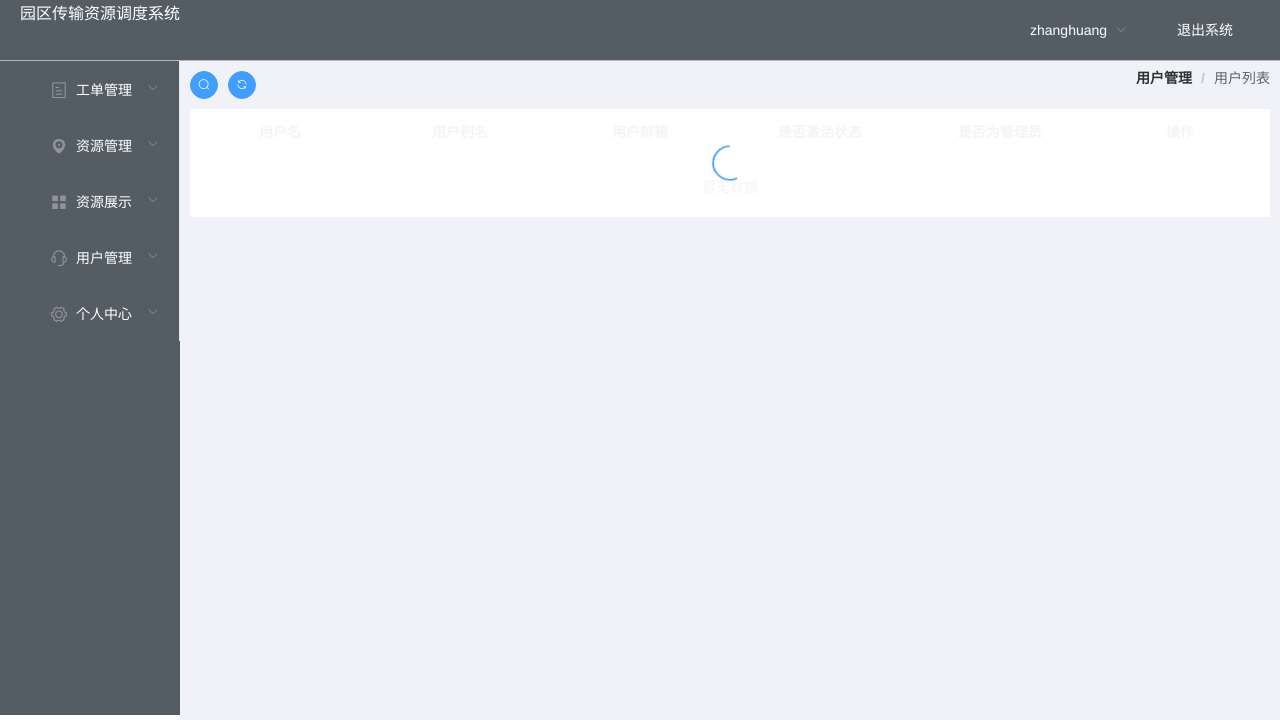
Repository: LezBaishi/yqpass
Page: /#/3 (app in yqpass-v1.5/frontend/)
The author's editor kept a copy of each file at every save. The page is drawn from the files as they stood at one save, then again after the next save.
The browser window is 1280 px wide. The pictures show the whole page.
The page's requests for data from a server got no answer. The project was rebuilt for these pictures with package versions that can differ from the ones it lists, and the page was loaded fresh each time. No one was signed in, and anything a server would have sent is missing. Also part of the build but not shown: yqpass-v1.5/frontend/src/components/OrderlistNew.vue, yqpass-v1.5/frontend/src/components/OrderDetailUnfinished.vue, yqpass-v1.5/frontend/src/components/OrderlistUnfinished.vue, yqpass-v1.5/frontend/src/components/OrderDetailCompleted.vue, yqpass-v1.5/frontend/src/components/OrderlistCompleted.vue, yqpass-v1.5/frontend/src/components/Orderlist.vue, yqpass-v1.5/frontend/src/components/ResCableDetail.vue, yqpass-v1.5/frontend/src/components/ResCable.vue and 13 more.

Above is the page before, as saved 2018-10-21 17:24:18.

### yqpass-v1.5/frontend/index.html
<!DOCTYPE html>
<html>
  <head>
    <meta charset="utf-8">
    <meta name="viewport" content="width=device-width,initial-scale=1.0">
    <title>zhang</title>
  </head>
  <body>
    <div id="app"></div>
    <!-- built files will be auto injected -->
  </body>
</html>

### yqpass-v1.5/frontend/src/main.js
// The Vue build version to load with the `import` command
// (runtime-only or standalone) has been set in webpack.base.conf with an alias.
import Vue from 'vue'
import App from './App'
import router from './router'
import ElementUI from 'element-ui'
import 'element-ui/lib/theme-chalk/index.css'
import $ from 'jquery'
import store from './store/store'

import './axios/'
import Axios from 'axios'
Axios.defaults.withCredentials = true
Vue.prototype.$http = Axios


Vue.use(ElementUI)
Vue.config.productionTip = false

/* eslint-disable no-new */
new Vue({
  el: '#app',
  store,
  router,
  components: { App },
  template: '<App/>'
})

### yqpass-v1.5/frontend/src/store/store.js
// The Vue build version to load with the `import` command
// (runtime-only or standalone) has been set in webpack.base.conf with an alias.
import Vue from 'vue'
import Vuex from 'vuex'

import mutations from './mutations';
import * as actions from './actions';
import * as getters from './getters';

Vue.use(Vuex);

import cookie from '../static/js/cookie'

const userInfo = {
	name:cookie.getCookie('name')||'',
	token:cookie.getCookie('token')||''
}

const state = {
	userInfo
}

export default new Vuex.Store({
	state,
	mutations,
	actions,
	getters
});

### yqpass-v1.5/frontend/src/axios/index.js
// The Vue build version to load with the `import` command
// (runtime-only or standalone) has been set in webpack.base.conf with an alias.
import Vue from 'vue'
import axios from 'axios'

import store from '../store/store'

import * as types from '../store/mutation-types';
import router from '../router'

axios.defaults.withCredentials = true

// 创建axios实例
const service = axios.create({
	 timeout: 5000, // 请求的超时时间
	 withCredentials: true // 允许携带cookie
})

// request拦截器
service.interceptors.request.use(
 config => {
 // 发送请求之前，要做的业务
 	if (config.method=='post') {
 		config.headers['Content-Type'] = application/json
 	}
 	return config
 },
 error => {
 // 错误处理代码

 return Promise.reject(error)
 }
)

// response拦截器
service.interceptors.response.use(
 response => {
 // 数据响应之后，要做的业务
 return response
 },
 error => {
 return Promise.reject(error)
 }
)
export default service

### yqpass-v1.5/frontend/src/components/Layout.vue
<template lang="html">
  <el-row class="panel">
    <el-row class="top">
      <el-col :span='24' class="panel-top">
        <el-col style="width:180px; padding-left:20px; height: 100%;align-items: flex-end;">
          <!-- <img src="../assets/logo1.png"  alt="log" class="img" /> -->
          <!-- <a style="font-size: 28px;color: #ffffff;">ChinaMobile</a> -->
          <a style="color:#ffffff;">{{ msg }}</a>
        </el-col>
        <el-col class='rightbar'>
          <el-menu router mode="horizontal" @select="handleSelect" background-color="#545c64" text-color="#fff" active-text-color="#ffd04b">
            <el-submenu index="1">
              <template slot="title">zhanghuang</template>
              <el-menu-item index="/personcenter">个人中心</el-menu-item>
            </el-submenu>
            <el-menu-item index="2">退出系统</el-menu-item>
          </el-menu>
            <!-- <el-dropdown trigger="click"  placement="bottom-end" v-if="userInfo.name">
            <span class="el-dropdown-link" v-model="name" style="cursor: pointer;font-weight:700l;font-size:15px;">
              欢迎您： {{userInfo.name}}<i class="el-icon-caret-bottom el-icon--right"></i>
            </span>
            <el-dropdown-menu slot="dropdown">
              <el-dropdown-item @click.native="toPersonCenter">个人中心</el-dropdown-item>
              <el-dropdown-item @click.native="toLogin">退出登录</el-dropdown-item>
            </el-dropdown-menu>
          </el-dropdown>
          <el-dropdown trigger="click" placement="top" v-else>
            <span class="el-dropdown-link" v-model="name" style="cursor: pointer;font-weight:700l;font-size:15px;">
              您好，请先登录<i class="el-icon-caret-bottom el-icon--right"></i>
            </span>
            <el-dropdown-menu slot="dropdown">
              <el-dropdown-item @click.native="firstLogin">前往登录</el-dropdown-item>
              <el-dropdown-item @click.native="firstRes">前往注册</el-dropdown-item>
            </el-dropdown-menu>
          </el-dropdown>             -->
        </el-col>
      </el-col>
    </el-row>
    <!-- <el-row class="top-nav">
      <el-col :span=10 :push="3">
          <el-tabs v-model="activeName" :stretch="true" @tab-click="handleClick" type="border-card">
          	<el-tab-pane v-for="(item, index) in label_list" :key="index" :label="item.title" :name="index">{{ item.title }}</el-tab-pane>
          </el-tabs>
      </el-col>
    </el-row> -->
    <el-row class="panel-center">
      <router-view></router-view>
    </el-row>
  </el-row>
</template>

<script>
import Orderlist from '../components/Orderlist'
import Resmanagement from '../components/Resmanagement'
import PersonCenter from '@/components/PersonCenter'
import { logout,getUserDetail } from '../api/api'
import { mapGetters } from 'vuex';
export default {
  components: {
  	Orderlist,
  	Resmanagement,
  	PersonCenter
  },
  data () {
    return {
      activeName: '0',
      msg: '园区传输资源调度系统',
      label_list: [
        {
          title: '工单管理',
        },
        {
          title: '资源管理',
        },
        {
          title: '资源展示',
        },
        {
          title: '用户管理',
        }
      ]
    }
  },
  computed: {
  	...mapGetters({
  		userInfo: 'userInfo'
  	})
  },
  methods: {
    handleClick (tab, event) {
      console.log(tab, event);
      let urlStr = '/' + this.activeName;
      this.$router.push(urlStr);
    },
    toPersonCenter () {
	  	  getUserDetail({}).then((response)=> {
	  		if (response.data.code == 1) {
	  			this.$router.push({path: '/personcenter'})
	  		}else{
	  			return response.data.msg
	  		}
	  	})

    },
    toLogin () {
    	this.$confirm('是否确定退出系统', '提示', {
    		confirmButtonText: '确定',
    		cancelButtonText: '取消',
    		type: 'warning'
    	}).then(() => {
		  	  logout({}).then((response)=> {
		  		console.log(response);
		  		if (response.data.code == 1) {
    				this.$router.push({path: '/login'})
		  		}else{
		  			return response.data.msg
		  		}
		  	})
    	}).catch(() => {

    	});
    },
    firstLogin () {
    	this.$router.push({path: '/login'})
    },
    firstRes () {
    	this.$router.push({path: '/reg'})
    }
  }
}
</script>

<!-- Add "scoped" attribute to limit CSS to this component only -->
<style lang="css" scoped>
h1, h2 {
  font-weight: normal;
}
ul {
  list-style-type: none;
  padding: 0;
}
li {
  display: inline-block;
  margin: 0 10px;
}
a {
  color: #42b983;
}
.panel {
  position:absolute;
  top:0;
  bottom: 5px;
  left: 0;
  right: 0;
  background:#ffffff;
}
.panel-top {
  display: flex;
  justify-content: space-between;
  height: 60px;
  background: #545c64;
  /* color: #c0ccda; */
  text-align: left;
  /* padding-left: 70px; */
}
.img{
  height:60px;
  left:0px;
  top:0px;
}
.rightbar {
  width: 280px;
  /* text-align: right; */
  /* padding-right: 20px; */
  /* line-height:50px; */
  /* align-items: center; */
  /* justify-content: flex-end; */
}
.top-nav {
	height: 40px;
}
.panel-center {
  background: #545c64;
  position: absolute;
  top: 60px;
  bottom: 0px;
  width: 100%;
  margin: auto 0;
    /*最外层要hidden*/
    /*这是行，绝对定位之后没有宽度因此必须设置width*/
}
.breadcrumb {
  margin-bottom: 10px;
}
.button_nav {
  margin-bottom: 10px;
}
.panel-c-c {
    /*这是列，因为已经有了列的宽度因此无需设置width*/
  background: #f1f2f7;
  position: absolute;
  right: 0px;
  top: 0px;
  bottom: 0px;
    /*内层设置滚动*/
  padding: 10px;
}
</style>

### yqpass-v1.5/frontend/src/components/Usermanagement.vue
<template lang="html">
  <div>
  	<el-row class="sidebar">
  	<el-col>
        <!-- <el-menu router :default-active="$route.path" theme="dark">
          <el-submenu>
            <template slot="title">用户管理</template>
            <el-menu-item index="/3/userList">用户列表</el-menu-item>
            <el-menu-item index="/3/roleList">角色列表</el-menu-item>
            <el-menu-item index="/3/deptList">部门列表</el-menu-item>
          </el-submenu>
        </el-menu> -->
        <el-menu router default-active="2" class="el-menu-vertical-demo" @open="handleOpen" @close="handleClose" background-color="#545c64" text-color="#fff" active-text-color="#ffd04b">
            <el-submenu index="1">
              <template slot="title">
                <i class="el-icon-tickets"></i>
                <span>工单管理</span>
              </template>
              <el-menu-item index="/0/orderNew">新建工单</el-menu-item>
              <el-menu-item index="/0/orderUnfinished">待办工单</el-menu-item>
              <el-menu-item index="/0/orderCompleted">已办工单</el-menu-item>
            </el-submenu>
            <el-submenu index="2">
              <template slot="title">
                <i class="el-icon-location"></i>
                <span>资源管理</span>
              </template>
              <el-menu-item index="/1/resCable">光缆总表</el-menu-item>
              <el-menu-item index="/1/resCircuit">已用电路</el-menu-item>
            </el-submenu>
            <el-submenu index="3">
              <template slot="title">
                <i class="el-icon-menu"></i>
                <span>资源展示</span>
              </template>
            </el-submenu>
            <el-submenu index="4">
              <template slot="title">
                <i class="el-icon-service"></i>
                <span>用户管理</span>
              </template>
              <el-menu-item index="/3/userList">用户列表</el-menu-item>
              <el-menu-item index="/3/roleList">角色列表</el-menu-item>
              <el-menu-item index="/3/deptList">部门列表</el-menu-item>
            </el-submenu>
            <el-submenu index="5">
              <template slot="title">
                <i class="el-icon-setting"></i>
                <span>个人中心</span>
              </template>
              <el-menu-item index="/personcenter/infor">个人信息</el-menu-item>
              <el-menu-item index="/personcenter/changepass">修改密码</el-menu-item>
            </el-submenu>
          </el-menu>
      </el-col>
    </el-row>
    <el-row class="panel-c-c">
      <el-col>
      	<router-view></router-view>
      </el-col>
    </el-row>
  </div>
</template>

<script>
import UserList from '../components/UserList'
import RoleList from '../components/RoleList'
import DeptList from '../components/DeptList'
export default {
  components: {
  	UserList,
  	RoleList,
  	DeptList
  },
  data () {
    return {

    }
  },
  methods: {

  }
}
</script>

<!-- Add "scoped" attribute to limit CSS to this component only -->
<style lang="css" scoped>
.container {
	position: absolute;
  	height: 100%;
  	width: 100%;
}
.sidebar {
	position: fixed;
  top: 60px;
  bottom: 0px;
  left: 0px;
  width: 180px;
  border-top: 1px solid RGBA(178,184,190,1);
  z-index: 2000;
  overflow-x: scroll;
  /* height: 100%;
  width: 100%; */
  /* display: flex; */
  /* flex: 1; */
}
.panel-c-c {
    /*这是列，因为已经有了列的宽度因此无需设置width*/
  background: #f1f2f7;
  position: fixed;
  top: 60px;
  bottom: 0px;
  left: 180px;
  right: 0px;
  /* width: 100%; */
  border-top: 1px solid RGBA(178,184,190,1);
  /* position: relative;
  margin-top: 80px;
  margin-left: 180px;
  margin: auto; */
  /* height: calc(100% - 60px);
  top: 0px;
  bottom: 0px; */
  /* height: 100%; */
  overflow-y: scroll;
    /*内层设置滚动*/
  padding: 10px;
}
</style>

### yqpass-v1.5/frontend/src/components/UserList.vue
<template lang="html">
  <div>
  	<el-row class="container">
      	<el-row v-if="seen" class="order_menu">
      		<el-form ref="search_form" :model="search_form" label-width="80px">
       		<el-row>
       			<h2 style="font-size:22px;">搜索用户</h2>
      			<el-col :offset="3" :span="8">
      				<el-form-item label="用户名" prop="userName">
      					<el-input v-model="search_form.userName" placeholder="请输入用户名" clearable></el-input>
      				</el-form-item>
      			</el-col>
      			<el-col :push="2" :span="8">
      				<el-form-item label="用户邮箱" prop="userEmail">
      					<el-input v-model="search_form.userEmail" placeholder="请输入用户邮箱" clearable></el-input>
      				</el-form-item>
      			</el-col>
	      	</el-row>
	      	<el-row>
	      		<el-col :offset="3" :span="8">
	      			<el-form-item label="用户别名" prop="userAlias">
	      				<el-input v-model="search_form.userAlias" placeholder="请输入用户别名" clearable></el-input>
	      			</el-form-item>
	      		</el-col>
	      		<el-col :push="2" :span="8">
	      			<el-form-item label="用户类型" prop="userCate">
	      				<el-select v-model="search_form.userCate" placeholder="请选择用户类型" style="width:100%;">
	      					<el-option label="所有用户" name="type" value="all"></el-option>
							<el-option label="一般用户" name="type" value="general"></el-option>
							<el-option label="管理用户" name="type" value="admin"></el-option>
	      				</el-select>
	      			</el-form-item>
	      		</el-col>
	      	</el-row>
	      	<el-row justify="space-around">
	      		<el-form-item>
	      			<el-col :push="9" :span="2">
						<el-button type="primary" size="medium" @click="searchOrder">搜索</el-button>
					</el-col>
					<el-col :push="9" :span="2">
						<el-button type="" size="medium" @click="resetForm('search_form')">重置</el-button>
					</el-col>
				</el-form-item>
	      	</el-row>
	      </el-form>
      	</el-row>
        <el-row>
          <el-col :span='12' class="button_nav">
          	<el-button type="primary" icon="el-icon-search" size="mini" circle style='float: left;' @click="searchBtn"></el-button>
           	<el-button type="primary" icon="el-icon-refresh" size="mini" circle style='float: left;' @click="refreshBtn"></el-button>
          </el-col>
          <el-col :span='12' class="breadcrumb">
            <el-breadcrumb separator="/" style='float: right;'>
              <el-breadcrumb-item :to="{ path: '/3/userList' }">用户管理</el-breadcrumb-item>
              <el-breadcrumb-item>用户列表</el-breadcrumb-item>
            </el-breadcrumb>
          </el-col>
        </el-row>
        <el-row>
        	<el-table :data="tableData" v-loading="loading">
  				<template v-for="column in tableColumns">
	  			<el-table-column header-align="center"
	  				:label="column.label"
	  				:prop="column.prop">
	  			</el-table-column>
  				</template>
  			<el-table-column
            	label="操作"
            	prop="" header-align="center">
            	<template slot-scope="scope">
					<el-button type="primary" circle size="mini" icon="el-icon-view" @click="onBtnDetailClick(scope.$index, tableData)"></el-button>
					<el-button type="danger" circle size="mini" icon="el-icon-delete" @click="onBtnDeleteClick(scope.$index, tableData)"></el-button>
            	</template>
       		 </el-table-column>
  			</el-table>
		</el-row>
		<el-row>
			<el-pagination class="pageView" v-if="paginationShow" background @size-change="handleSizeChange" @current-change="handleCurrentChange" :page-sizes="pageSizeList" :page-size="pageSize" layout="total,sizes,prev,pager,next" :page-count="pageCount" :total="totalCount">
			</el-pagination>
		</el-row>
    </el-row>
  </div>
</template>

<script>
import UserListDetail from '../components/UserListDetail'
import { getUserList,deleteUser } from '../api/api'
export default {
  data () {
    return {
		tableData: [],
		loading: true,
		pageNo: 1,
		totalPage: 0,
		totalCount: 0,
		pageCount: 10,
		paginationShow: false,
		pageSize: 10,
		pageSizeList: [5, 10, 15, 20],
		tableColumns: [
			{ label: '用户名', prop: 'username'},
			{ label: '用户别名', prop: 'alias' },
			{ label: '用户邮箱', prop: 'email'},
			{ label: '是否激活状态', prop: 'active'},
			{ label: '是否为管理员', prop: 'admin'}
		],
    	seen: false,
    	search_form: [
    	{
    		userName: '',
    		userEmail: '',
    		userAlias: '',
    		userCate: '',
    	}]
    }
  },
  methods: {
	searchBtn () {
		if (this.$data.seen == false){
			this.$data.seen = true;
		}else {
			this.$data.seen = false;
		}
	},
	refreshBtn () {
		this.getUserAllList();
	},
  searchOrder () {
		this.$data.seen = false;
		let paramsData = {};
		paramsData["username"] = this.search_form.userName;
		paramsData["email"] = this.search_form.userEmail;
		paramsData["alias"] = this.search_form.userAlias;
		paramsData["category"] = this.search_form.userCate;
		paramsData["per_page"] = this.pageSize;
		paramsData["page"] = this.pageNo;
		getUserList({params : paramsData}).then((response)=> {
			console.log(response)
			if (response.data.code == 1) {
				this.loading = false;
				let list = response.data.data.value;
				console.log(list);
				this.tableData = [];
				for (var i=0; i<list.length; i++) {
					this.tableData.push({
						username: list[i].username,
						alias: list[i].alias,
						email: list[i].email,
						active: list[i].active,
						admin: list[i].admin,
						id: list[i].id
					})
				};
			}
		})
  	},
  	resetForm(formName) {
		this.search_form = [
    	{
    		userName: '',
    		userEmail: '',
    		userAlias: '',
    		userCate: '',
    	}];
	},
	getUserAllList() {
		let paramsData = {};
		paramsData["category"] = "all";
		paramsData["per_page"] = this.pageSize;
		paramsData["page"] = this.pageNo;
		getUserList({params : paramsData}).then((response)=> {
			console.log(response);
			this.loading = false;
			if (response.data.code == 1)	{
				let list = response.data.data.value;
				console.log(list);
				this.tableData = [];
				for (var i=0; i<list.length; i++) {
					this.tableData.push({
						username: list[i].username,
						alias: list[i].alias,
						email: list[i].email,
						active: list[i].active,
						admin: list[i].admin,
						id: list[i].id
					}),
					this.tableData[i].active==true?this.tableData[i].active='激活':this.tableData[i].active='未激活';
					this.tableData[i].admin==true?this.tableData[i].admin='管理员':this.tableData[i].admin='普通用户';
				};
				console.log(this.tableData);
				this.totalCount = response.data.data.total
				console.log(this.totalCount)
				this.totalPage = Math.ceil(response.data.data.total/this.pageSize)
			console.log(this.totalPage)
			if (this.totalPage > 1) {
				this.paginationShow = true;
			}
			}
		})
	},
	handleSizeChange(val) {
  		console.log('每页' + val + '条');
  		var pageSize = `${val}`
  		this.pageSize = parseInt(pageSize)
  		this.$nextTick(() => this.getUserAllList())
  	},
  	handleCurrentChange(val) {
  		console.log(`当前页:`+val);
  		this.pageNo = val
  		this.getUserAllList()
  	},
	onBtnDetailClick (index, rows) {
		let rowValue = JSON.parse(JSON.stringify(rows[index]));
		this.$router.push({path: '/3/UserListDetail', query: {id: rowValue.id}})
	},
	onBtnDeleteClick (index, rows) {
		this.$confirm('是否确定删除该用户', '提示', {
        confirmButtonText: '确定',
        cancelButtonText: '取消',
        type: 'warning'
      }).then(() => {
		let rowValue = JSON.parse(JSON.stringify(rows[index]));
		console.log(rowValue);
		var that = this;
		let json = {};
		json["user_id"] = rowValue.id;
		var params = JSON.stringify(json);
		deleteUser(params).then((response)=> {
			if (response.data.code == 1) {
				this.$notify({
					title: '提示',
					message: '删除成功',
					type: 'success',
					duration: 1500
				});
				this.getUserAllList();
			}
		})
      }).catch(() => {

      });
	}
  },
  created () {
	this.getUserAllList();
  }
}
</script>

<!-- Add "scoped" attribute to limit CSS to this component only -->
<style lang="css" scoped>
.container {
  height: 100%;
  width: 100%;
}
.breadcrumb {
  margin-bottom: 10px;
}
.button_nav {
  margin-bottom: 10px;
}
.order_menu {
  -webkit-border-radius: 5px;
  border-radius: 5px;
  -moz-border-radius: 5px;
  background-color: #F9FAFC;
  margin: 10px auto 10px auto ;
  border: 2px solid #8492A6;
  padding: 0px 10px 0px 10px;
}
.pageView {
	height: 30px;
	display: flex;
	flex-direction: row;
	align-items: center;
	justify-content: center;
}
</style>

### yqpass-v1.5/frontend/src/store/mutations.js
import * as types from './mutation-types';
import cookie from '../static/js/cookie';
// 类似于事件 每个mutation都有字符类型的事件类型和回调函数
//全局引入vue
import Vue from 'vue';
import Axios from 'axios';
Vue.prototype.$http = Axios

export default {
    [types.SET_INFO] (state) {
        state.userInfo = {
            name:cookie.getCookie('name'),
        }
        console.log(state.userInfo);
    },

}

### yqpass-v1.5/frontend/src/store/actions.js
import * as types from './mutation-types';
// 提交mutation
function makeAction (type) {
  return ({ commit }, ...args) => commit(type, ...args);
};

export const setInfo = makeAction(types.SET_INFO);

### yqpass-v1.5/frontend/src/store/getters.js
export const userInfo = state => {
	return state.userInfo;
}

### yqpass-v1.5/frontend/src/static/js/cookie.js
//设置cookie,增加到vue实例方便全局调用
//vue全局调用的理由是，有些组件所用到的接口可能需要session验证，session从cookie获取
//当然，如果session保存到vuex的话除外
//全局引入vue
var cookie={
  setCookie (c_name, value, expiredays){
    var exdate = new Date();
    exdate.setTime(exdate.getTime()+expiredays);
    exdate.setDate(exdate.getDate() + expiredays);
    document.cookie = c_name + "=" + escape(value) + ((expiredays == null) ? "" : ";expires=" + exdate.toGMTString());
  },
  getCookie(name){
    var arr, reg = new RegExp("(^| )" + name + "=([^;]*)(;|$)");
    if (arr = document.cookie.match(reg))
      return (arr[2]);
    else
      return null;
    },
  delCookie(name){
    var exp = new Date();
    exp.setTime(exp.getTime() - 1);
    var cval = cookie.getCookie(name);
    if (cval != null)
      document.cookie = name + '=; expires=Thu, 01 Jan 1970 00:00:01 GMT;';
  }
}

export default cookie;

### yqpass-v1.5/frontend/src/store/mutation-types.js
// 使用常量替代mutation事件类型。
export const SET_INFO = 'SET_INFO';

Loaded but not shown: yqpass-v1.5/frontend/src/App.vue (common file); yqpass-v1.5/frontend/src/router/index.js (178 lines, source omitted); yqpass-v1.5/frontend/src/api/api.js (133 lines, source omitted)

After the next save:
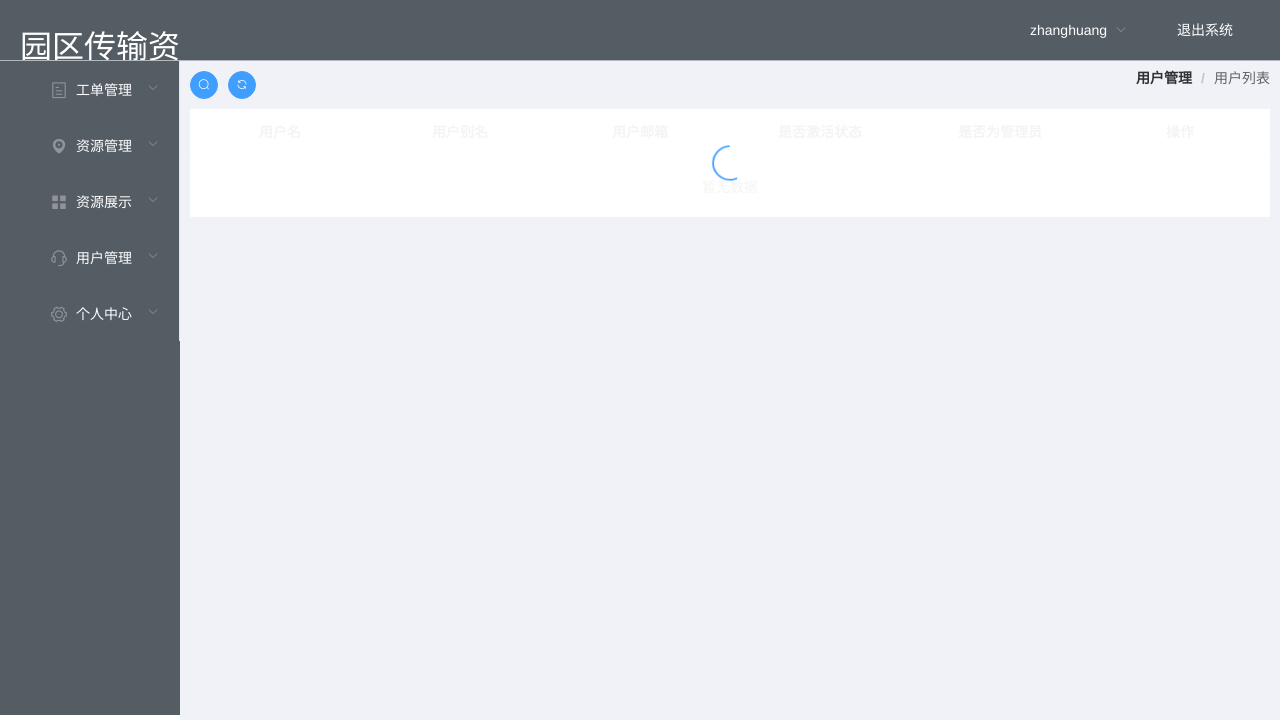
Saved 15 s later.
--- a/yqpass-v1.5/frontend/src/components/Layout.vue
+++ b/yqpass-v1.5/frontend/src/components/Layout.vue
@@ -5,7 +5,7 @@
         <el-col style="width:180px; padding-left:20px; height: 100%;align-items: flex-end;">
           <!-- <img src="../assets/logo1.png"  alt="log" class="img" /> -->
           <!-- <a style="font-size: 28px;color: #ffffff;">ChinaMobile</a> -->
-          <a style="color:#ffffff;">{{ msg }}</a>
+          <h1 style="color:#ffffff;">{{ msg }}</h1>
         </el-col>
         <el-col class='rightbar'>
           <el-menu router mode="horizontal" @select="handleSelect" background-color="#545c64" text-color="#fff" active-text-color="#ffd04b">
